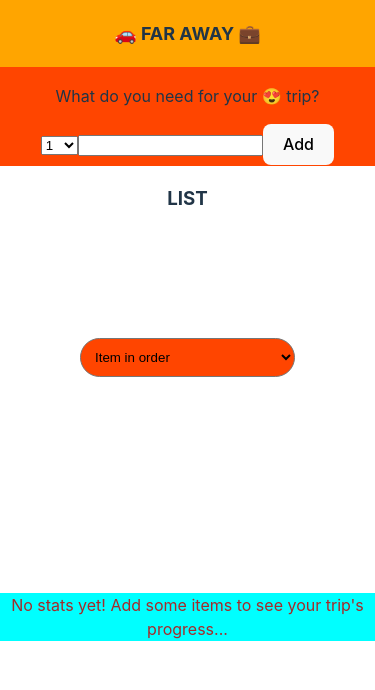
Repository: Celebration-cloud/Trip-Add-To-List
Page: /
These files come from the project's save history. The page is drawn as it stood at one moment and after the next save; the edit follows.
The browser window is 375 px wide. The pictures show the whole page.
The project was rebuilt for these pictures with package versions that can differ from the ones it lists, and the page was loaded fresh each time. Also part of the build but not shown: vite.config.js.

Above is the page before, as saved 2023-10-29 17:17:07.

### src/App.jsx
import './App.css'
import TripList from './Trip-List/TripList'

function App() {

  return (
    <>
    <TripList/>
    </>
  )
}

export default App

### src/App.css
#root {
  margin: 0;
  padding: 0;
  text-align: center;
}

.logo {
  height: 6em;
  padding: 1.5em;
  will-change: filter;
  transition: filter 300ms;
}
.logo:hover {
  filter: drop-shadow(0 0 2em #646cffaa);
}
.logo.react:hover {
  filter: drop-shadow(0 0 2em #61dafbaa);
}

@keyframes logo-spin {
  from {
    transform: rotate(0deg);
  }
  to {
    transform: rotate(360deg);
  }
}

@media (prefers-reduced-motion: no-preference) {
  a:nth-of-type(2) .logo {
    animation: logo-spin infinite 20s linear;
  }
}

.card {
  padding: 2em;
}

.read-the-docs {
  color: #888;
}

### src/Trip-List/TripList.jsx
/* eslint-disable react/no-unescaped-entities */
/* eslint-disable react/prop-types */
import { useState } from "react";
import './TripList.css'
function TripList() {
  const [addItem, setAddItem] = useState([]);

  const handleAddItem = (item) => {
    setAddItem((items) => [...items, item]);
  };
  const handleRemoveItem = (id) =>{
    setAddItem(items => items.filter(p => p.id !== id))
  }
  const handleChecked = (id) => {
    setAddItem(items => items.map(item => item.id === id ? {...item, packed: !item.packed} : item));
  };
  return (
    <div>
      <TripHead/>
      <TripForm handleAddItem={handleAddItem}/>
      <TripListForm addItem={addItem} remove={handleRemoveItem} check={handleChecked}/>
      <TripStats stats={addItem}/>
    </div>
  )
}

export default TripList

function TripHead() {
  return (
    <div style={{backgroundColor: "orange", padding: "5px"}}>
      <h2 className="title">🚗 FAR AWAY 💼</h2>
    </div>
  )
}

function TripForm({handleAddItem}) {
  const [item, setItem] = useState({description: "", quantity: 1})

  const handleSubmit = (e) =>{
    e.preventDefault();
    if (!item.description) return;

    const newItem = {
      des: item.description,
      amount: item.quantity,
      packed: false,
      id: Date.now(),
    };

    handleAddItem(newItem);
    setItem({ description: "", quantity: 1 });
  }
  const handleInput = (e) =>{
    setItem(prev => ({...prev, description: e.target.value}))
  }
  const handleOption = (e) =>{
    setItem(prevState => ({...prevState,quantity: Number(e.target.value)}))
  }
  return (
    <div style={{ backgroundColor: "orangered", padding: "1px" }}>
      <form onSubmit={handleSubmit}>
        <span>
          <p>What do you need for your 😍 trip?</p>
          <select onChange={handleOption} value={item.quantity}>
            {Array.from({ length: 10 }, (_, i) => i + 1).map((num) => (
              <option value={num} key={num}>
                {num}
              </option>
            ))}
          </select>
          <input onChange={handleInput} value={item.description}></input>
          <button type="submit">Add</button>
        </span>
      </form>
    </div>
  );
}

function TripListForm({addItem, remove, check}) {
  const [sort, setSort] = useState("input")
  const sortingBy = (e) => {
    setSort(e.target.value);
  };
  let sorting;
  if (sort === "input") sorting = addItem;
  if (sort === "checked")
    sorting = addItem.slice().sort((a, b) => a.des.localeCompare(b.des));
  if (sort === "order")
    sorting = addItem
      .slice()
      .sort((a, b) => Number(a.packed) - Number(b.packed));

  return (
    <>
      <h3>LIST</h3>
      <ul style={{ listStyleType: "none" }}>
        <li style={{display: 'flex', flexWrap: "wrap"}}>
          {sorting?.map((item) => (
            <>
              <input
                type="checkbox"
                value={item.packed}
                onChange={() => check(item.id)}
              />
              <span
                key={item.id}
                style={item.packed ? { textDecoration: "line-through" } : {}}
              >
                {item.amount}-{item.des}
              </span>
              <button onClick={() => remove(item.id)}>
                🚩
              </button>
            </>
          ))}
        </li>
      </ul>
      <div>
        <select onChange={sortingBy} value={sort} style={{padding: "10px 100px 10px 10px", marginTop: "90px", backgroundColor: "orangered", borderRadius: "20px"}}>
          <option value="input" style={{marginRight: "5px", backgroundColor: "brown" }}>Item in order</option>
          <option value="checked" style={{marginRight: "5px"}}>Checked Item</option>
          <option value="order" style={{marginRight: "5px"}}>Split Item</option>
        </select>
      </div>
    </>
  );
}

function TripStats({stats}) {
  if(!stats.length)
  return (
    <footer className="static">
      <p>No stats yet! Add some items to see your trip's progress...</p>
    </footer>
  );
  const total = stats.length
  const packed= stats.filter(items => items.packed).length
  const percent = Math.round((packed / total) * 100)
  return (
    <>
      {percent === 100 ? (
        <footer className="static">
          <p>You have Completed the List✈</p>
        </footer>
      ) : (
        <footer className="static">
          <p>
            You have {total} items on your list, and already packed {packed} (
            {percent}%)
          </p>
        </footer>
      )}
    </>
  );
}

### src/Trip-List/TripList.css
/* backgroundColor: "aqua",
            color: "brown",
            bottom: "0%",
            height: "30px",
            width: "100%", */
.static{
    position: absolute;
    background-color: aqua;
    color: brown;
    bottom: 0px;
    width: 100%;
}
.title{
    font-family: inherit;
    font-size: 20px;
}
@media (max-width: 480px) {
    .static{
    position: relative;
    background-color: aqua;
    color: brown;
    top: 200px;
    margin-bottom: auto;
    width: 100%;
}
.title{
    font-family: inherit;
    font-size: large;
}
}

Loaded but not shown: index.html (common file); src/main.jsx (common file); src/index.css (common file)

After the next save:
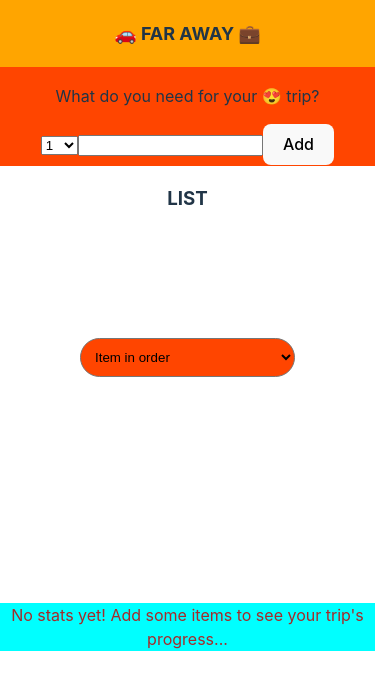
Saved 59 s later.
--- a/src/Trip-List/TripList.css
+++ b/src/Trip-List/TripList.css
@@ -19,7 +19,7 @@
     position: relative;
     background-color: aqua;
     color: brown;
-    top: 200px;
+    top: 210px;
     margin-bottom: auto;
     width: 100%;
 }
